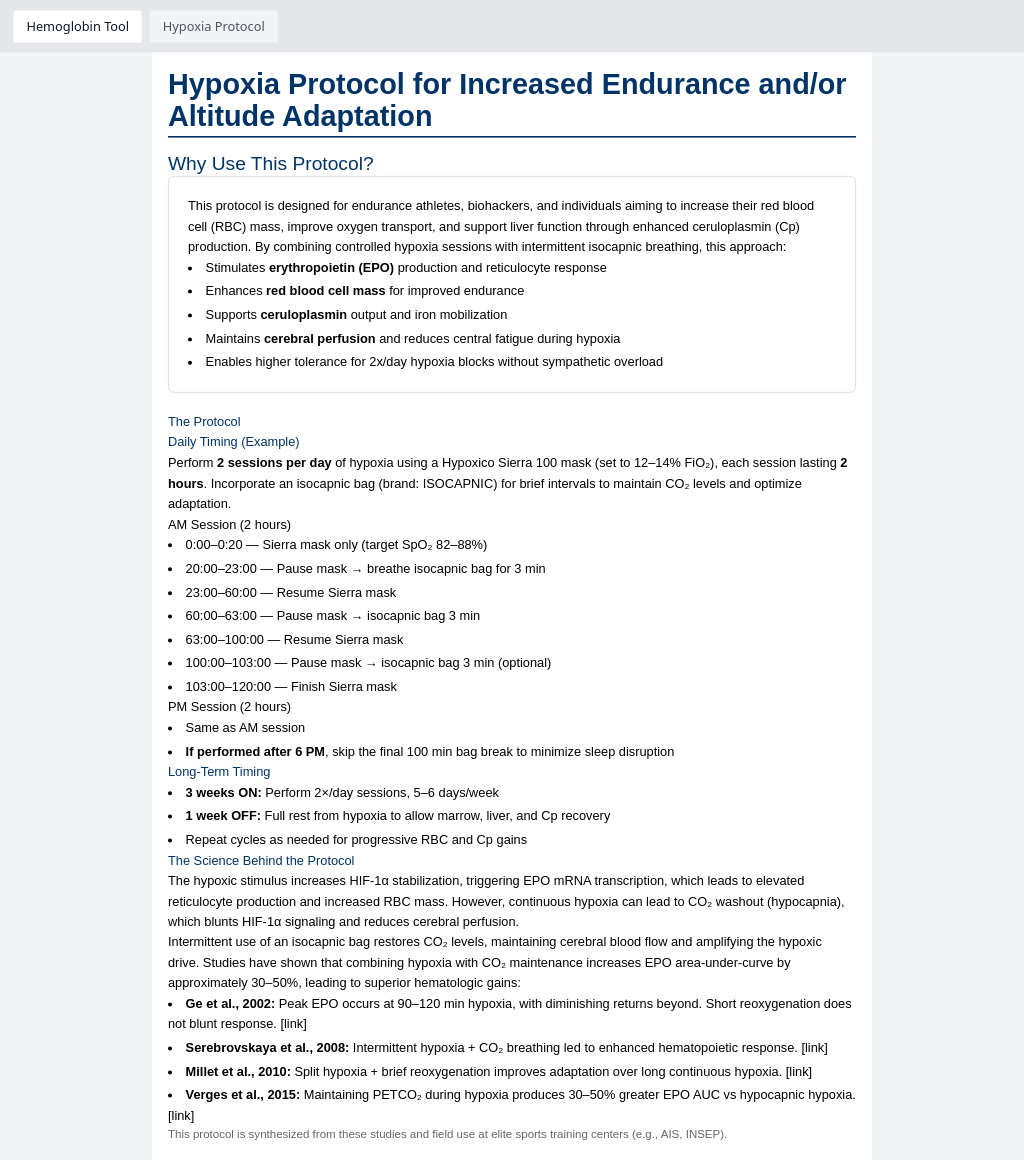
Repository: austenhughes1/hemoglobin_rbc_metrics
Page: hypoxia_protocol.html
These files come from the project's save history. The page is drawn as it stood at one moment and after the next save; the edit follows.
The browser window is 1280 px wide. The pictures show the whole page, at 80% of full size.
Some web libraries are served in a nearby version.

Above is the page before, as saved 2025-06-25 13:12:54.

### hypoxia_protocol.html
<!DOCTYPE html>
<html lang="en">
<head>
  <meta charset="UTF-8" />
  <meta name="viewport" content="width=device-width, initial-scale=1.0"/>
  <title>Hemocalc PRO Hypoxia + Isocapnic Bag Protocol</title>
  <script src="https://cdn.tailwindcss.com"></script>
  <style>
    /* Typography & layout for the content area */
    .content {
      font-family: Arial, sans-serif;
      line-height: 1.6;
      padding: 20px;
      max-width: 900px;
      margin: auto;
      background: white;
    }
    h1, h2, h3 { color: #003366; }
    h1 { border-bottom: 2px solid #003366; padding-bottom: 5px; }
    .citation { font-size: 0.9em; color: #666; }
  </style>
</head>
<body class="bg-gray-100 min-h-screen">

  <!-- Full‐width sticky header -->
  <header class="sticky top-0 z-20 bg-gray-200 shadow-sm w-full">
    <nav class="flex justify-start space-x-2 px-4 py-3">
      <a
        href="index.html"
        class="px-4 py-2 border border-b-0 rounded-t bg-white text-gray-900 font-medium whitespace-nowrap"
      >
        Hemoglobin Tool
      </a>
      <a
        href="hypoxia_protocol.html"
        class="px-4 py-2 border border-b-0 rounded-t bg-gray-100 text-gray-600 hover:bg-gray-200 whitespace-nowrap"
      >
        Hypoxia Protocol
      </a>
    </nav>
  </header>

  <!-- Main content container -->
  <div class="content">
    <h1 class="text-4xl font-bold mb-4">Hypoxia Protocol for Increased Endurance and/or Altitude Adaptation</h1>

    <h2 class="text-2xl">Why Use This Protocol?</h2>
    <section class="border border-gray-300 rounded-lg p-6 mb-6 bg-white">
        <p>
        This protocol is designed for endurance athletes, biohackers, and individuals aiming to increase their red blood cell (RBC) mass, improve oxygen transport, and support liver function through enhanced ceruloplasmin (Cp) production. By combining controlled hypoxia sessions with intermittent isocapnic breathing, this approach:
        </p>
        <ul class="list-disc list-inside space-y-1">
        <li>Stimulates <strong>erythropoietin (EPO)</strong> production and reticulocyte response</li>
        <li>Enhances <strong>red blood cell mass</strong> for improved endurance</li>
        <li>Supports <strong>ceruloplasmin</strong> output and iron mobilization</li>
        <li>Maintains <strong>cerebral perfusion</strong> and reduces central fatigue during hypoxia</li>
        <li>Enables higher tolerance for 2x/day hypoxia blocks without sympathetic overload</li>
        </ul>
    </section>
    <h2>The Protocol</h2>

    <h3>Daily Timing (Example)</h3>
    <p>
      Perform <strong>2 sessions per day</strong> of hypoxia using a Hypoxico Sierra 100 mask (set to 12–14% FiO₂), each session lasting <strong>2 hours</strong>. Incorporate an isocapnic bag (brand: ISOCAPNIC) for brief intervals to maintain CO₂ levels and optimize adaptation.
    </p>

    <h4>AM Session (2 hours)</h4>
    <ul class="list-disc list-inside space-y-1">
      <li>0:00–0:20 — Sierra mask only (target SpO₂ 82–88%)</li>
      <li>20:00–23:00 — Pause mask → breathe isocapnic bag for 3 min</li>
      <li>23:00–60:00 — Resume Sierra mask</li>
      <li>60:00–63:00 — Pause mask → isocapnic bag 3 min</li>
      <li>63:00–100:00 — Resume Sierra mask</li>
      <li>100:00–103:00 — Pause mask → isocapnic bag 3 min (optional)</li>
      <li>103:00–120:00 — Finish Sierra mask</li>
    </ul>

    <h4>PM Session (2 hours)</h4>
    <ul class="list-disc list-inside space-y-1">
      <li>Same as AM session</li>
      <li><strong>If performed after 6 PM</strong>, skip the final 100 min bag break to minimize sleep disruption</li>
    </ul>

    <h3>Long-Term Timing</h3>
    <ul class="list-disc list-inside space-y-1">
      <li><strong>3 weeks ON:</strong> Perform 2×/day sessions, 5–6 days/week</li>
      <li><strong>1 week OFF:</strong> Full rest from hypoxia to allow marrow, liver, and Cp recovery</li>
      <li>Repeat cycles as needed for progressive RBC and Cp gains</li>
    </ul>

    <h2>The Science Behind the Protocol</h2>
    <p>
      The hypoxic stimulus increases HIF-1α stabilization, triggering EPO mRNA transcription, which leads to elevated reticulocyte production and increased RBC mass. However, continuous hypoxia can lead to CO₂ washout (hypocapnia), which blunts HIF-1α signaling and reduces cerebral perfusion.
    </p>
    <p>
      Intermittent use of an isocapnic bag restores CO₂ levels, maintaining cerebral blood flow and amplifying the hypoxic drive. Studies have shown that combining hypoxia with CO₂ maintenance increases EPO area-under-curve by approximately 30–50%, leading to superior hematologic gains:
    </p>
    <ul class="list-disc list-inside space-y-1">
      <li><strong>Ge et al., 2002:</strong> Peak EPO occurs at 90–120 min hypoxia, with diminishing returns beyond. Short reoxygenation does not blunt response. [<a href="https://www.hypoxico.com/wp-content/uploads/2018/04/Determinants-of-erythropoietin-release-in-response-to-short-term-hypobaric-hypoxia.pdf" target="_blank">link</a>]</li>
      <li><strong>Serebrovskaya et al., 2008:</strong> Intermittent hypoxia + CO₂ breathing led to enhanced hematopoietic response. [<a href="https://pubmed.ncbi.nlm.nih.gov/18078855/" target="_blank">link</a>]</li>
      <li><strong>Millet et al., 2010:</strong> Split hypoxia + brief reoxygenation improves adaptation over long continuous hypoxia. [<a href="https://pubmed.ncbi.nlm.nih.gov/20092365/" target="_blank">link</a>]</li>
      <li><strong>Verges et al., 2015:</strong> Maintaining PETCO₂ during hypoxia produces 30–50% greater EPO AUC vs hypocapnic hypoxia. [<a href="https://pubmed.ncbi.nlm.nih.gov/26319812/" target="_blank">link</a>]</li>
    </ul>

    <p class="citation">
      This protocol is synthesized from these studies and field use at elite sports training centers (e.g., AIS, INSEP).
    </p>
  </div>
</body>
</html>

After the next save:
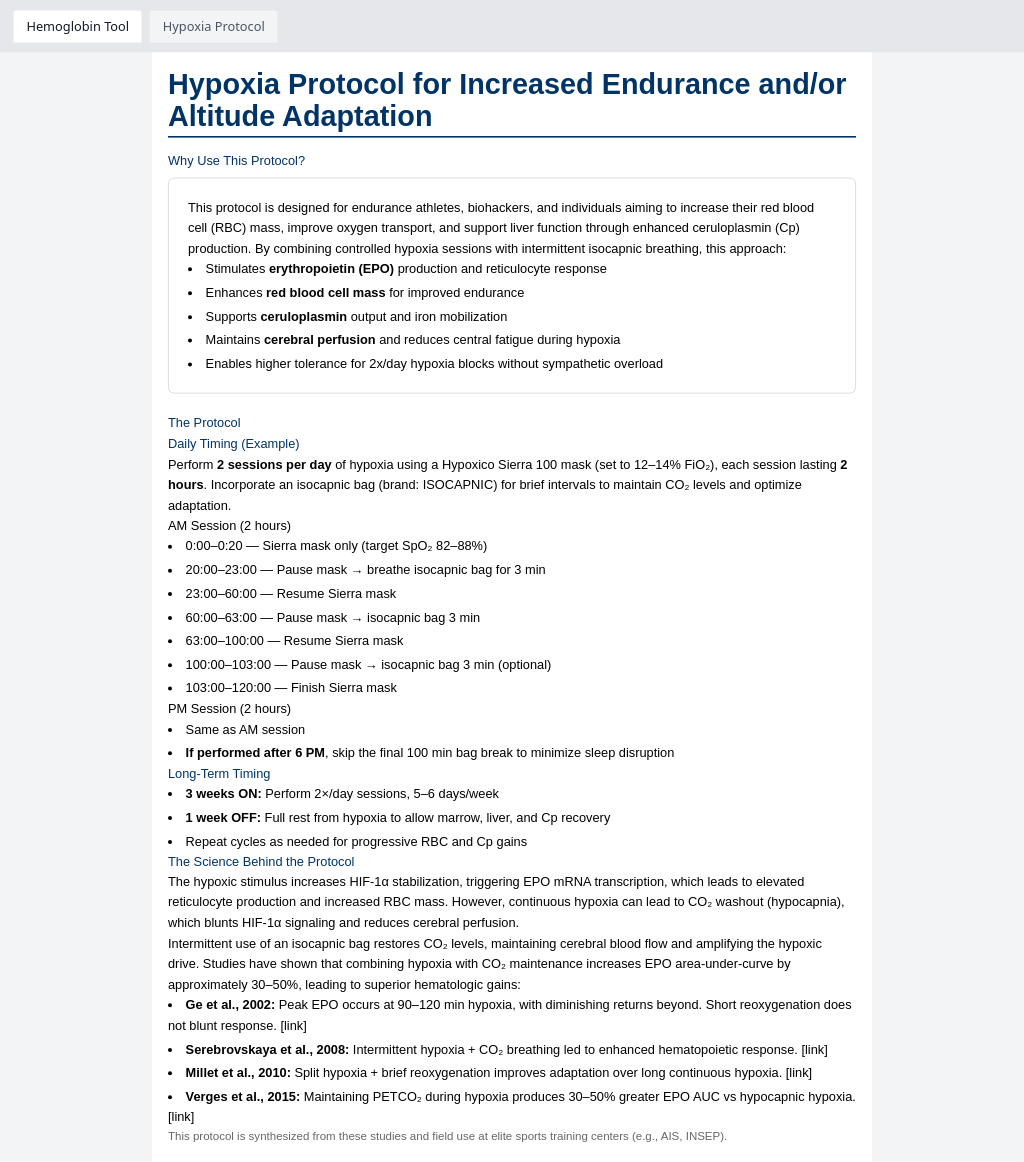
Saved 13 s later.
--- a/hypoxia_protocol.html
+++ b/hypoxia_protocol.html
@@ -44,7 +44,7 @@
   <div class="content">
     <h1 class="text-4xl font-bold mb-4">Hypoxia Protocol for Increased Endurance and/or Altitude Adaptation</h1>
 
-    <h2 class="text-2xl">Why Use This Protocol?</h2>
+    <h2 class="mb-2">Why Use This Protocol?</h2>
     <section class="border border-gray-300 rounded-lg p-6 mb-6 bg-white">
         <p>
         This protocol is designed for endurance athletes, biohackers, and individuals aiming to increase their red blood cell (RBC) mass, improve oxygen transport, and support liver function through enhanced ceruloplasmin (Cp) production. By combining controlled hypoxia sessions with intermittent isocapnic breathing, this approach:
